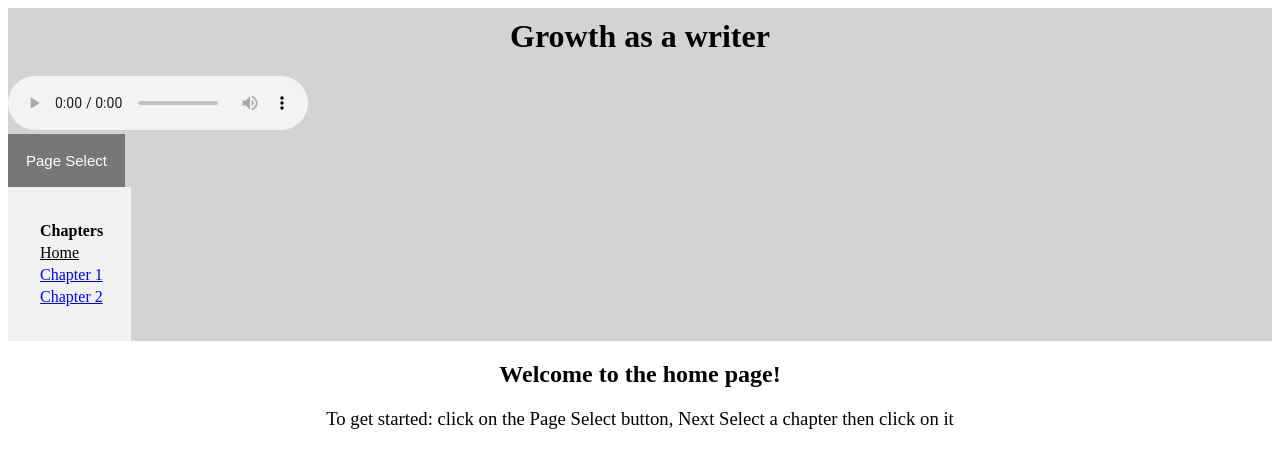
Repository: jpaisiem/WP-4
Page: index.html
These files come from the project's save history. The page is drawn as it stood at one moment and after the next save; the edit follows.
The browser window is 1280 px wide. The pictures show the whole page.

Above is the page before, as saved 2025-04-29 12:55:47.
Console error: TypeError: Cannot read properties of undefined (reading 'toggle')

After the next save:
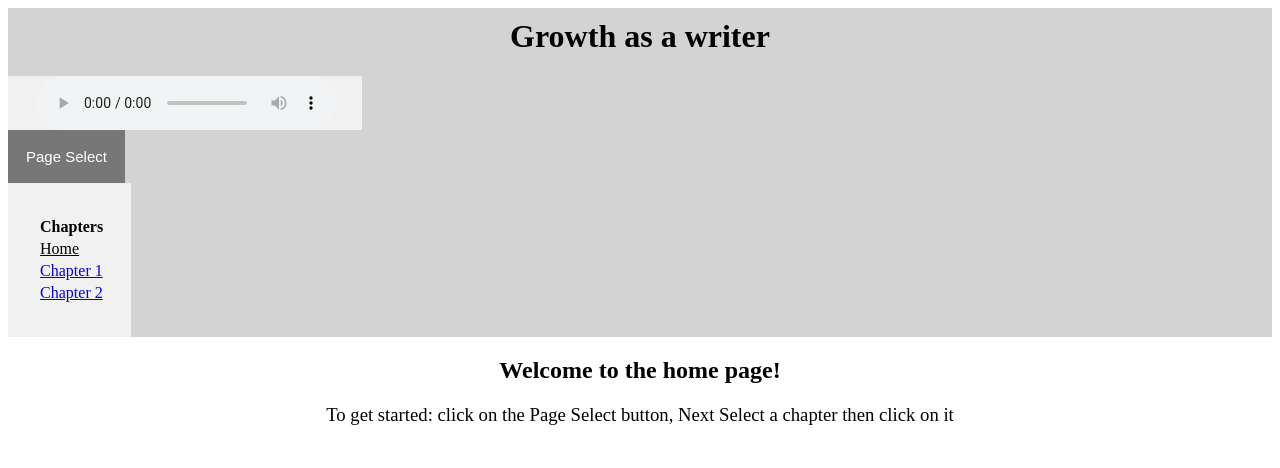
Saved 45 s later.
--- a/index.html
+++ b/index.html
@@ -35,7 +35,7 @@
 <body>
     <div style="background-color: lightgray; display: flex; flex-direction: column; margin-top: 0%;">
         <h1 style="text-align: center; background-color: lightgray; padding-top: 10px; margin-top: 0%;">Growth as a writer</h1>
-        <div style="align-items: center;">
+        <div style="align-items: center;" class="content">
         <audio controls>
             <source src="audio.mp3" type="audio/mpeg">
         </audio>

After the save that followed:
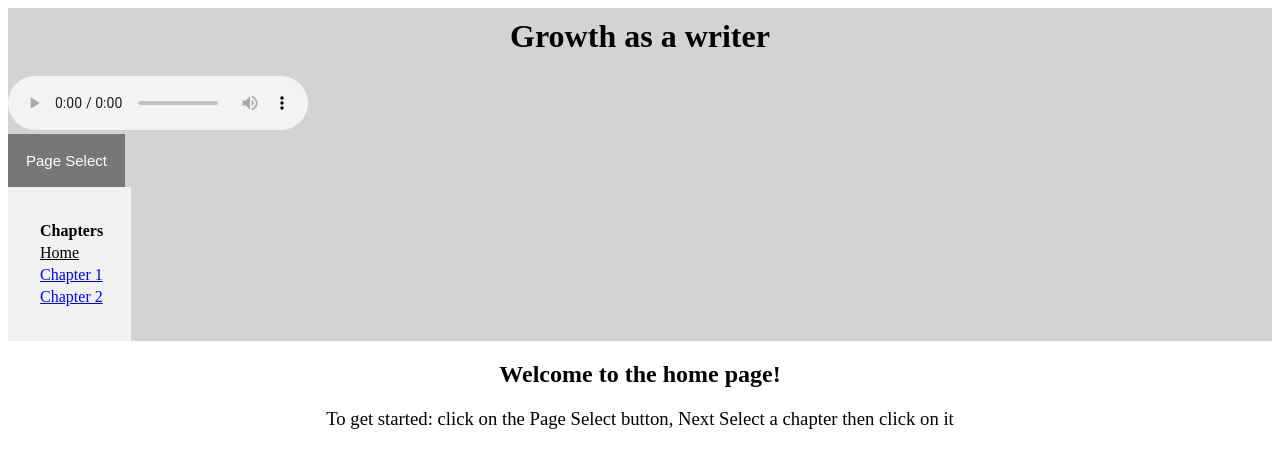
Saved 6 s later.
--- a/index.html
+++ b/index.html
@@ -35,7 +35,7 @@
 <body>
     <div style="background-color: lightgray; display: flex; flex-direction: column; margin-top: 0%;">
         <h1 style="text-align: center; background-color: lightgray; padding-top: 10px; margin-top: 0%;">Growth as a writer</h1>
-        <div style="align-items: center;" class="content">
+        <div style="align-items: center;" >
         <audio controls>
             <source src="audio.mp3" type="audio/mpeg">
         </audio>
